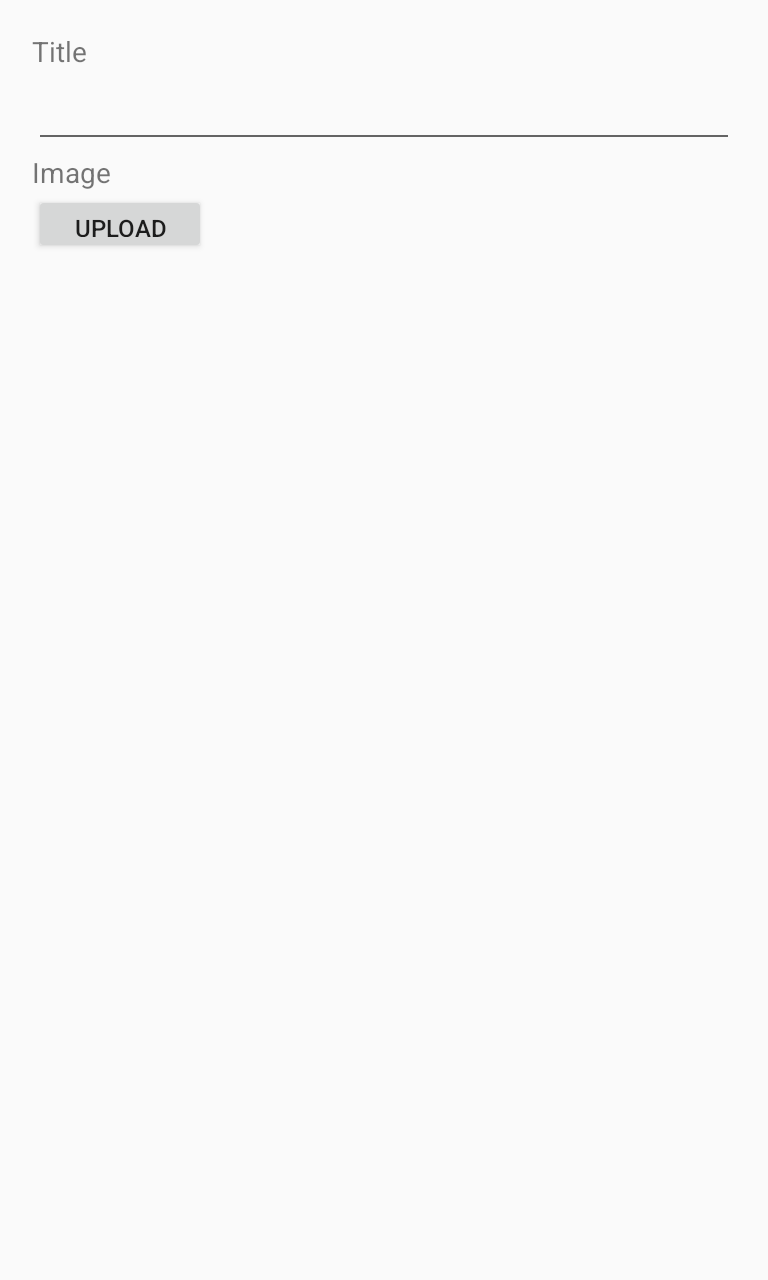
Repository: fundsan/development
Layout: App/Potloch/res/layout/fragment_create.xml
These files come from the project's save history. The layout is drawn as it stood at one moment and after the next save; the edit follows.
It is drawn on a 768 x 1280 px phone screen (xhdpi) without system bars, with theme AppTheme; the app's code is not run.

Above is the layout before, as saved 2014-10-22 05:05:28.

After the next save:
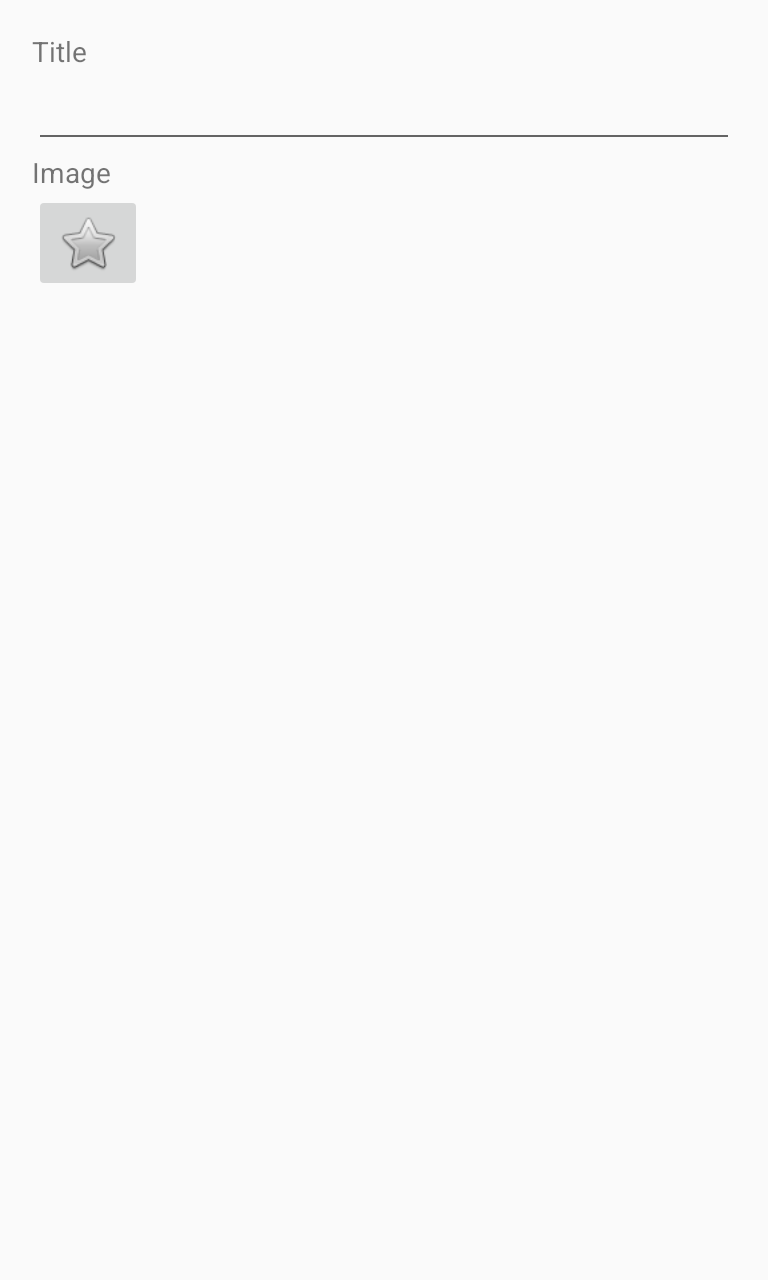
Saved 32 min 8 s later.
--- a/App/Potloch/res/layout/fragment_create.xml
+++ b/App/Potloch/res/layout/fragment_create.xml
@@ -24,13 +24,6 @@
         android:layout_height="wrap_content"
         android:text="@string/create_image" />
 
-    <Button
-        android:id="@+id/buttonCreateUpload"
-        android:layout_width="wrap_content"
-        android:layout_height="33dp"
-        android:text="@string/create_image_button_upload"
-        android:textSize="12sp" />
-
     <EditText
         android:id="@+id/createEditDescription"
         android:layout_width="match_parent"
@@ -45,4 +38,10 @@
         android:textSize="12sp"
         android:visibility="gone" />
 
+     <ImageButton
+         android:id="@+id/imageButton1"
+         android:layout_width="wrap_content"
+         android:layout_height="wrap_content"
+         android:src="@android:drawable/btn_star" />
+
 </LinearLayout>
